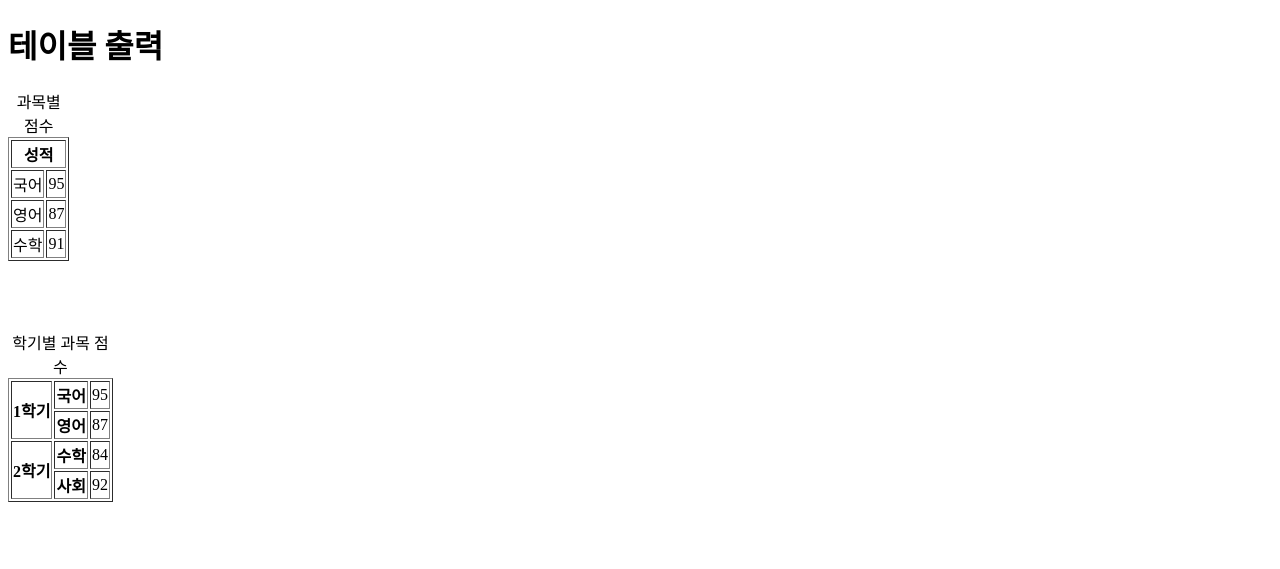
Repository: KimHeonSeung/TJE_HTML
Page: sources/day_01/WebContent/head_foot.html
The author's editor kept a copy of each file at every save. The page is drawn from the files as they stood at one save, then again after the next save.
The browser window is 1280 px wide. The pictures show the whole page.

Above is the page before, as saved 2019-05-10 07:54:00.

After the next save:
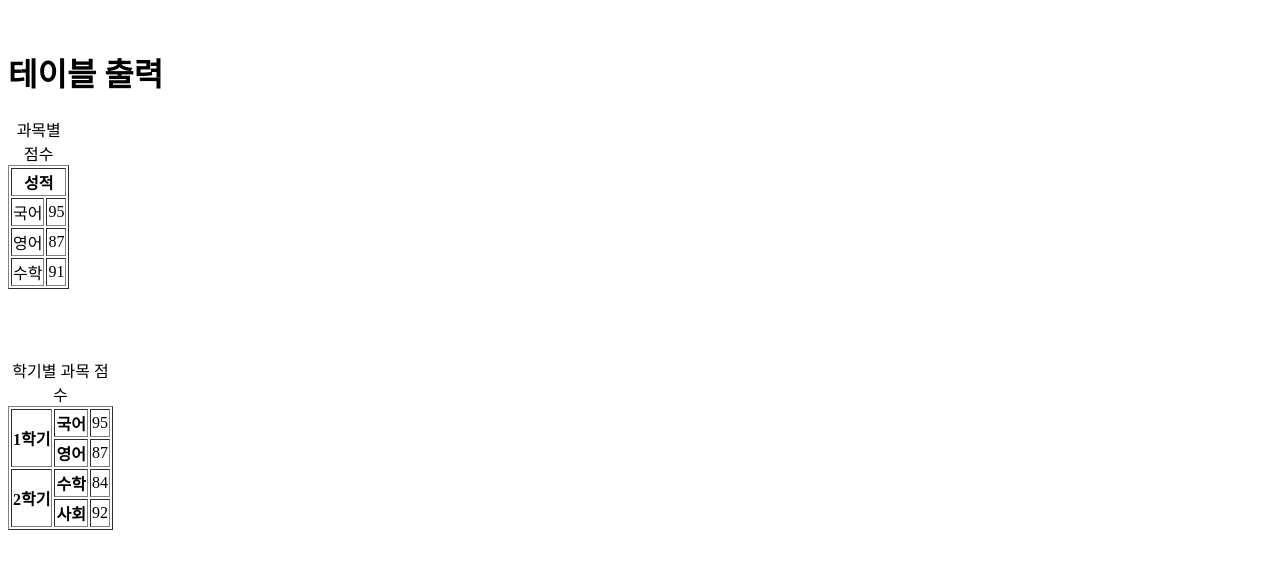
Saved 12 s later.
--- a/sources/day_01/WebContent/head_foot.html
+++ b/sources/day_01/WebContent/head_foot.html
@@ -8,6 +8,9 @@
 </head>
 <body>
 
+<pre>
+<p></p>
+</pre>
 <!-- colspan, rowspan  -->
 
 <h1>테이블 출력</h1>
